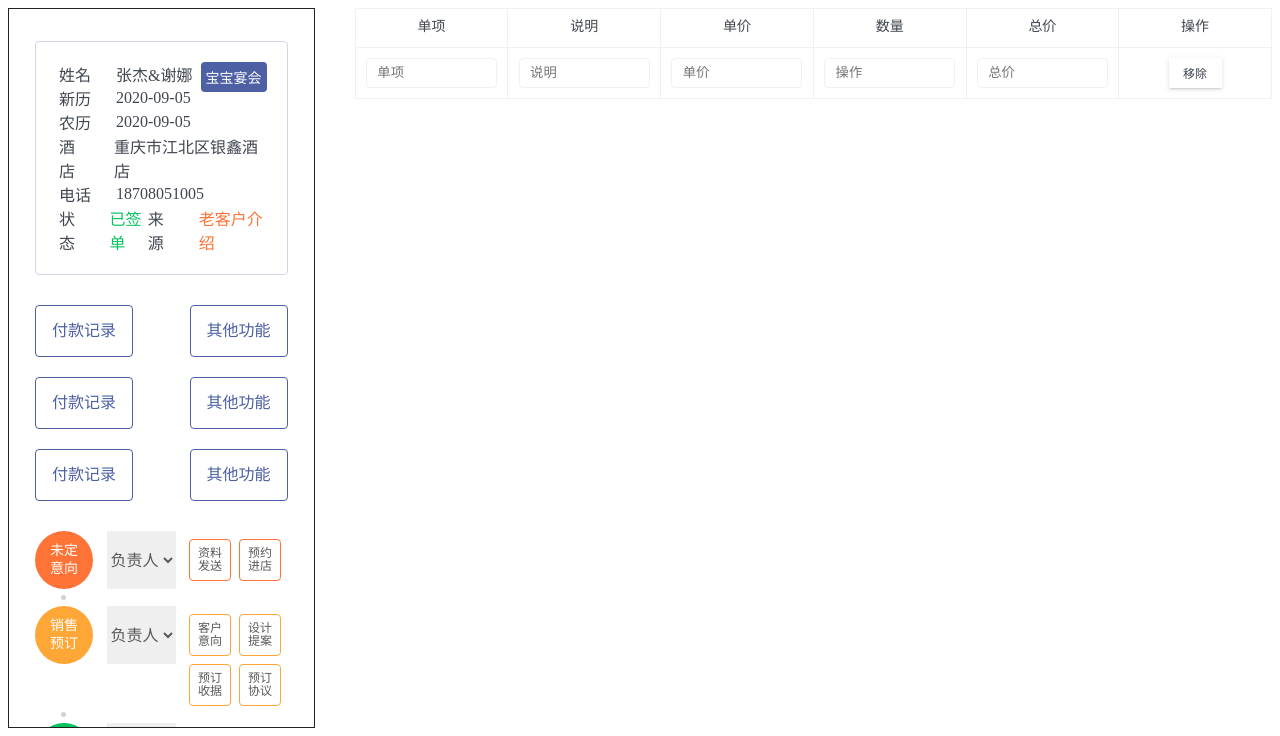
Repository: Lairuola/wedding-1
Page: index.html
The author's editor kept a copy of each file at every save. The page is drawn from the files as they stood at one save, then again after the next save.
The browser window is 1280 px wide. The pictures show the whole page.

Above is the page before, as saved 2020-12-24 16:10:23.

After the next save:
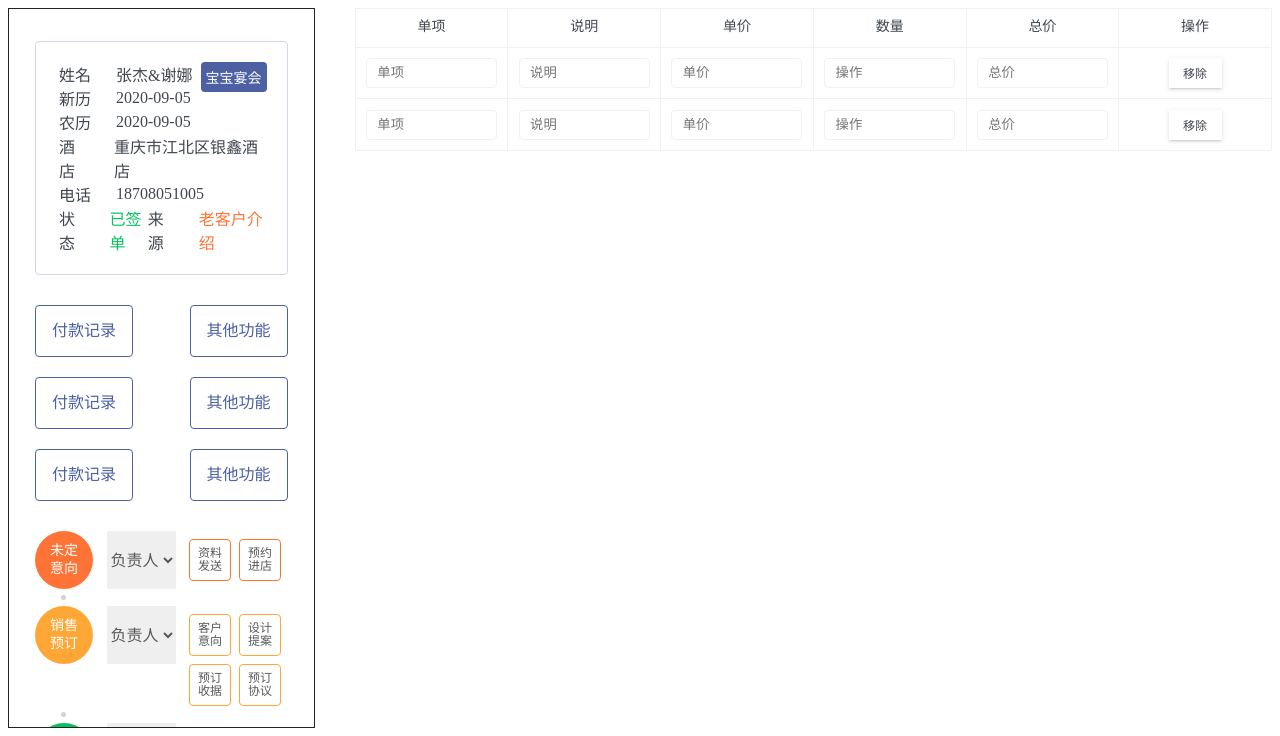
Saved 21 s later.
--- a/index.html
+++ b/index.html
@@ -2,7 +2,7 @@
  * @Author       : 濑若拉
  * @Date         : 2020-12-17 10:22:14
  * @LastEditors  : 濑若拉
- * @LastEditTime : 2020-12-24 16:10:23
+ * @LastEditTime : 2020-12-24 16:10:44
  * @FilePath     : /slidebar/index.html
 -->
 
@@ -533,6 +533,26 @@
         <button class="item-btn">移除</button>
       </div>
     </div>
+    <div class="rows">
+      <div class="item">
+        <input class="item-input" type="text" placeholder="单项">
+      </div>
+      <div class="item">
+        <input class="item-input" type="text" placeholder="说明">
+      </div>
+      <div class="item">
+        <input class="item-input" type="text" placeholder="单价">
+      </div>
+      <div class="item">
+        <input class="item-input" type="text" placeholder="操作">
+      </div>
+      <div class="item">
+        <input class="item-input" type="text" placeholder="总价">
+      </div>
+      <div class="item">
+        <button class="item-btn">移除</button>
+      </div>
+    </div>
   </div>
 </body>
 
